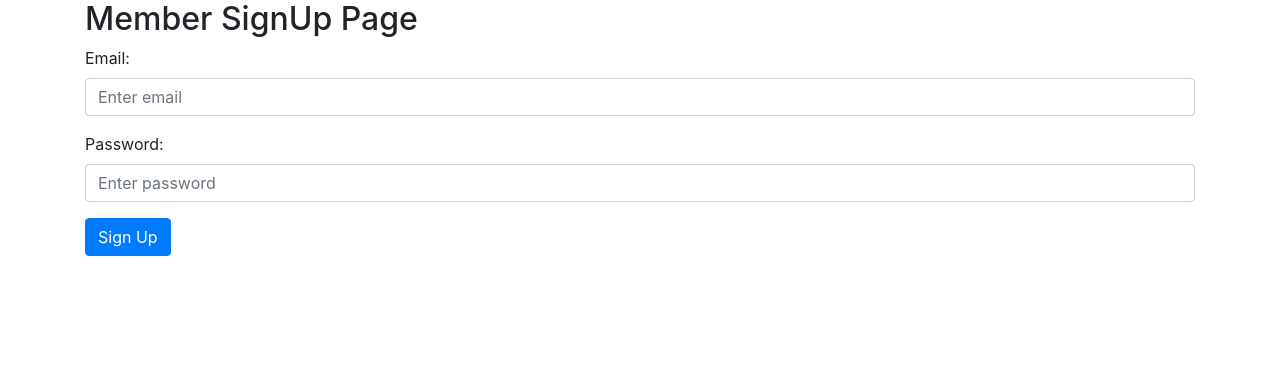
Repository: kurunai/jsp3
Page: http://localhost/jsp_project2/mem/join
The author's editor kept a copy of each file at every save. The page is drawn from the files as they stood at one save, then again after the next save.
The browser window is 1280 px wide. The pictures show the whole page.
The page is served by Tomcat 9.

Above is the page before, as saved 2022-08-29 06:43:01.

After the next save:
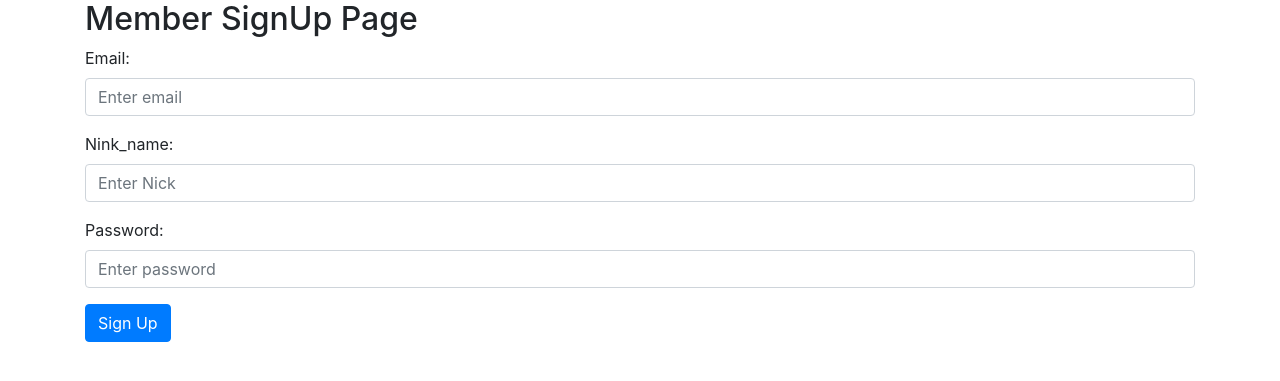
Saved 88 s later.
--- a/_jsp3_workspace/jsp_project2/src/main/webapp/member/join.jsp
+++ b/_jsp3_workspace/jsp_project2/src/main/webapp/member/join.jsp
@@ -20,6 +20,10 @@
     <div class="form-group">
       <label for="email">Email:</label>
       <input type="email" class="form-control" id="email" placeholder="Enter email" name="email">
+    </div>
+    <div class="form-group">
+      <label for="text">Nink_name:</label>
+      <input type="text" class="form-control" id="nick_name" placeholder="Enter Nick" name="nick_name">
     </div>
     <div class="form-group">
       <label for="pwd">Password:</label>
